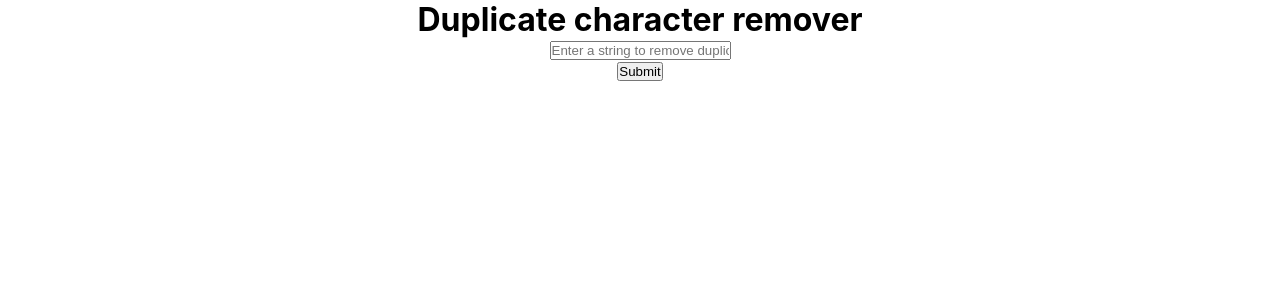
Repository: MeekyBerry/StringRefine
Page: /
These files come from the project's save history. The page is drawn as it stood at one moment and after the next save; the edit follows.
The browser window is 1280 px wide. The pictures show the whole page.
The project was rebuilt for these pictures with package versions that can differ from the ones it lists, and the page was loaded fresh each time.

Above is the page before, as saved 2023-04-25 00:36:52.

### src/index.js
import React from "react";
import ReactDOM from "react-dom/client";
import "./index.css";
import "./assets/styles/main.css";
import App from "./App";
import reportWebVitals from "./reportWebVitals";
import { BrowserRouter } from "react-router-dom";

const root = ReactDOM.createRoot(document.getElementById("root"));
root.render(
  <React.StrictMode>
    <BrowserRouter>
      <App />
    </BrowserRouter>
  </React.StrictMode>
);

// If you want to start measuring performance in your app, pass a function
// to log results (for example: reportWebVitals(console.log))
// or send to an analytics endpoint. Learn more: https://bit.ly/CRA-vitals
reportWebVitals();

### src/index.css
*,
*::before,
*::after {
  margin: 0;
  padding: 0;
  box-sizing: inherit;
}

body {
  box-sizing: border-box;
  font-family: -apple-system, BlinkMacSystemFont, 'Segoe UI', 'Roboto', 'Oxygen',
    'Ubuntu', 'Cantarell', 'Fira Sans', 'Droid Sans', 'Helvetica Neue',
    sans-serif;
  -webkit-font-smoothing: antialiased;
  -moz-osx-font-smoothing: grayscale;
  text-align: center;
}

code {
  font-family: source-code-pro, Menlo, Monaco, Consolas, 'Courier New',
    monospace;
}

### src/assets/styles/main.css
:root {
  --color--white: #fff;
  --color--dark: rgba(0, 0, 0, .5);
  --color--dark-lite: rgba(0, 0, 0, .1);
  --color--bg: #282c34;
  --color--gray: #a9a9a9;
  --color--gray-lite: rgba(255, 255, 255, .5);
  --color--red: #ff0000;
  --color--green: #57cc99;
  --color--green-lite: #80ed99;
  --box-shadow: inset 2px 2px 2px 0px var(--color--gray-lite), 7px 7px 20px 0px var(--color--dark-lite), 4px 4px 5px 0px var(--color--dark-lite);
  --font-size--sm: 12px;
  --font-size--md: 15px;
  --font-size--lg: 18px;
  --font-size--xl: 20px;
  --font-size--xxl: 22px;
  --font-weight--normal: 400;
  --font-weight--bold: 700;
  --font-family--primary: "Montserrat", serif;
  --font-family--secondary: "Roboto", sans-serif;
  --font-family--tertiary: "Fira Sans", monospace;
}/*# sourceMappingURL=main_20230424212440.css.map */

### src/App.js
import React, { useEffect, useState } from "react";
import { lazy, Suspense } from "react";
import { ErrorBoundary } from "react-error-boundary";
import { Route, Routes } from "react-router-dom";
const Screen1 = lazy(() => import("./components/screen-one"));
const Screen2 = lazy(() => import("./components/screen-two"));
const ErrorFallback = lazy(() => import("./components/error-fallback"));
const NotFound = lazy(() => import("./components/404"));

const App = () => {
  const [inputValue, setInputValue] = useState("");

  // Function to handle changes to the input field
  const handleChanges = (value) => {
    setInputValue(value);
  };

  // Function to handle Go back
  const handleGoBack = () => {
    setInputValue("");
  };

  useEffect(() => {
    //  Redirect user to Screen 1 when they try to access Screen 2 in another tab
    if (window.location.pathname === "/screen-two") {
      window.location.href = "/";
    }
  }, []);

  return (
    <div className="App">
      <ErrorBoundary FallbackComponent={ErrorFallback}>
        <Suspense
          fallback={
            <h1
              style={{
                fontSize: "22px",
                fontStyle: "italic",
                color: "#57cc99",
                padding: "20px",
                backgroundColor: "#282c34",
                minHeight: "100vh",
                width: "100vw",
              }}
            >
              Loading...
            </h1>
          }
        >
          <Routes>
            <Route
              path="/"
              element={
                <Screen1
                  inputValue={inputValue}
                  handleInputChanges={handleChanges}
                />
              }
            />
            <Route
              path="/screen-two"
              element={
                <Screen2 inputValue={inputValue} onGoBack={handleGoBack} />
              }
            />
            <Route path="*" element={<NotFound />} />
          </Routes>
        </Suspense>
      </ErrorBoundary>
    </div>
  );
};

export default App;

### src/components/screen-one.jsx
import React, { useState } from "react";
import { useNavigate } from "react-router-dom";

const Screen1 = ({ inputValue, handleInputChanges }) => {
  const [errorMessage, setErrorMessage] = useState("");
  const navigate = useNavigate();

  const handleSubmit = () => {
    // Trim the inputValue to remove whitespace
    const trimmedValue = inputValue.trim();
    if (trimmedValue === "") {
      alert("Please enter a non-empty value");
      setErrorMessage("Please enter a non-empty value");
      return;
    }
    navigate(`/screen-two`);
  };

  const handleInputChange = (e) => {
    handleInputChanges(e.target.value);
    setErrorMessage("");
  };

  return (
    <div className="screenOne">
      <div className="screenOne__header">
        <h1 className="screenOne__header--title">
          Duplicate character remover
        </h1>
      </div>
      <div className="screenOne__container">
        <input
          type="text"
          value={inputValue}
          onChange={handleInputChange}
          placeholder="Enter a string to remove duplicate characters"
          className="screenOne__container__input"
        />
        <p className="screenOne__container__error">{errorMessage}</p>{" "}
        <button
          type="submit"
          onClick={handleSubmit}
          className="screenOne__container__btn"
        >
          Submit
        </button>
      </div>
    </div>
  );
};

export default Screen1;

Loaded but not shown: public/index.html (common file); src/reportWebVitals.js (common file)

After the next save:
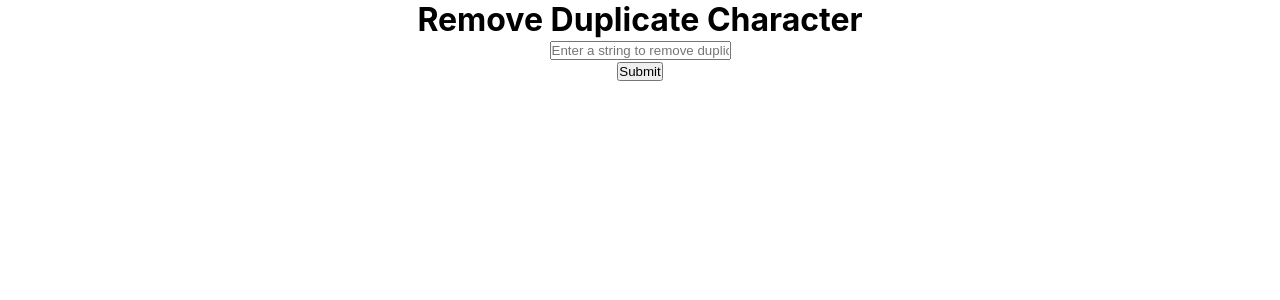
Saved 49 s later.
--- a/src/components/screen-one.jsx
+++ b/src/components/screen-one.jsx
@@ -25,7 +25,7 @@ const Screen1 = ({ inputValue, handleInputChanges }) => {
     <div className="screenOne">
       <div className="screenOne__header">
         <h1 className="screenOne__header--title">
-          Duplicate character remover
+          Remove Duplicate Character
         </h1>
       </div>
       <div className="screenOne__container">
